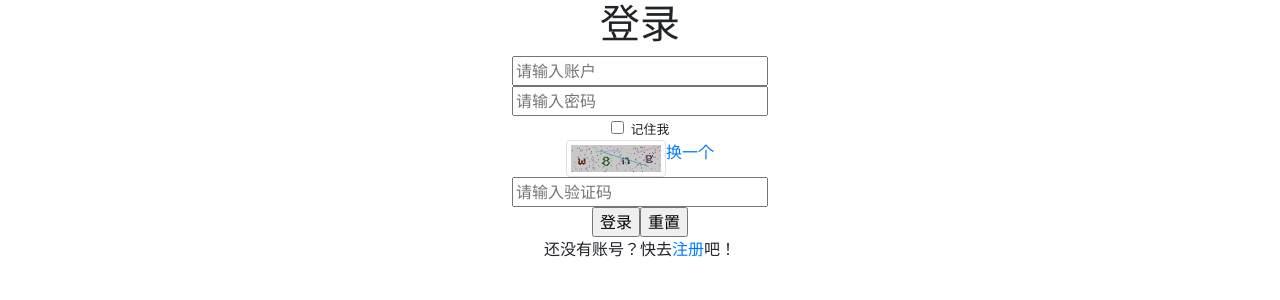
Repository: DHUAVH/Blog
Page: http://localhost/login.php
The author's editor kept a copy of each file at every save. The page is drawn from the files as they stood at one save, then again after the next save.
The browser window is 1280 px wide. The pictures show the whole page.
Some web libraries are served in a nearby version. The page is run by PHP 8.4 with error messages shown; the project is at /var/www/html/.

Above is the page before, as saved 2020-11-29 17:34:08.

### login.php
<!DOCTYPE html>
<html lang="en">
<head>
    <meta charset="UTF-8">
    <meta name="viewport" content="width=device-width, initial-scale=1.0">
    <link rel="stylesheet" type="text/css" href="CSS/blog.css">
    <link rel="stylesheet" href="https://cdn.staticfile.org/twitter-bootstrap/4.3.1/css/bootstrap.min.css">
    <script src="https://cdn.staticfile.org/jquery/3.2.1/jquery.min.js"></script>
    <script src="https://cdn.staticfile.org/popper.js/1.15.0/umd/popper.min.js"></script>
    <script src="https://cdn.staticfile.org/twitter-bootstrap/4.3.1/js/bootstrap.min.js"></script>
    <title>登陆界面</title>

</head>

<body>
    <div class="container">
        <h1 class="text-center">登录</h1>
        <div class="row">
            <div class="col-sm-4 offset-sm-4">    <!--使用网格系统和偏移量设置居中-->
                <form role="form" action="loginAction.php" method="POST">
                    <div class="text-center">
                        <input id="ID" type="text" name="username"
                            value="<?php echo isset($_COOKIE['username']) ? $_COOKIE['username'] : "";?>"  placeholder="请输入账户" required>
                    </div>

                    <div class="text-center">
                        <input type="password" id="lastname" name="password" placeholder="请输入密码" required>
                    </div>

                    <div class="form-check text-center">
                        <label class="form-check-label">
                            <input class="form-check-input" type="checkbox"><small>记住我</small>
                        </label>
                    </div>

                    <span colspan="2" class="text-center" style="color:red;font-size:10px;"></span>
                    <?php
                        $err = isset($_GET["err"]) ? $_GET["err"] : "";
                        switch($err){
                            case 1:
                                // 可取消的警告框
                                echo "<div class='alert alert-danger alert-dismissible fade show' role='alert'>";
                                echo "<strong>用户名或密码错误!请检查用户名或重新输入密码！</strong>";
                                echo "<button type=button' class='close' data-dismiss='alert' aria-label='Close'>";
                                echo "<span aria-hidden='true'>&times;</span>";
                                echo "</button>";
                            break;

                            case 2:
                                // 可取消的警告框
                                echo "<div class='alert alert-waring alert-dismissible fade show' role='alert'>";
                                echo "<strong>警告!用户名和密码不能为空！</strong>";
                                echo "<button type=button' class='close' data-dismiss='alert' aria-label='Close'>";
                                echo "<span aria-hidden='true'>&times;</span>";
                                echo "</button>";
                            break;

                            case 3:
                                // 可取消的警告框
                                echo "<div class='alert alert-danger alert-dismissible fade show' role='alert'>";
                                echo "<strong>验证码错误!请重新输入验证码！</strong>";
                                echo "<button type=button' class='close' data-dismiss='alert' aria-label='Close'>";
                                echo "<span aria-hidden='true'>&times;</span>";
                                echo "</button>";
                            break;
                        }
                    ?>

                    <div class="d-flex justify-content-center">
                        <img id="captcha" src="captcha.php?r=<?php echo rand();?>" width="100" class="img-thumbnail">
                        <a href="javascript:void(0)" onclick="document.getElementById('captcha').src='captcha.php?r='+Math.random()">换一个</a>
                    </div>

                    <div class="text-center">
                        <input type="text" name="authcode" placeholder="请输入验证码" required>
                    </div>

                    <div class="d-flex justify-content-center">
                        <input type="submit" name="login" value="登录">
                        <input type="reset" name="reset" value="重置">
                    </div>

                    <div class="text-center">
                        <span colspan="2" >还没有账号？快去<a href="register.php">注册</a>吧！</span>
                    </div>
                </form>
            </div>
        </div>
    </div>
</body>
</html>

### captcha.php
<?php
  session_start();

  $image = imagecreatetruecolor(100,30);
  $bgcolor = imagecolorallocate($image,200,200,200);
  imagefill($image,0,0,$bgcolor);

  //验证码内容
  $captcha_code = '';
  for($i=0;$i<4;$i++){
      $fontsize = 5;
      $x = ($i*100 / 4) + rand(5,10);
      $y = rand(5,10);
      $data = 'abcdefghkmnprstuvwx345678';
      $str = $data[rand(0,strlen($data))];
      $captcha_code .= $str;
      $fontcolor = imagecolorallocate($image,rand(0,120),rand(0,120),rand(0,120));
      imagestring($image,$fontsize,$x,$y,$str,$fontcolor);
  }

  $_SESSION['authcode'] = $captcha_code;

  //增加点干扰元素
  for($i=0;$i<200;$i++){
      $pointcolor = imagecolorallocate($image,rand(50,200),rand(50,200),rand(50,200));
      imagesetpixel($image,rand(1,99),rand(1,29),$pointcolor);
  }

  //增加线干扰元素
  for($i=0;$i<4;$i++){
      $linecolor = imagecolorallocate($image,rand(80,220),rand(80,220),rand(80,220));
      imageline($image,rand(1,99),rand(1,29),rand(1,99),rand(1,29),$linecolor);
  }


  header('content-type:image/png');    //输出图片的信息
  imagepng($image);   //输出图片

  imagedestroy($image);
?>

### CSS/blog.css
#search{
    border-radius: 10px;
    position: relative;
    top: 2px;
    width: 250px;
    height: 40px;
 }

 #result{
    position: absolute;
    top: 58px;
    left: 70px;
    z-index: 999;
    width: 300px;
    height: auto;
    background-color: white;
    border-radius: 5px;
 }

 .background{
    background:url(images/bg.jpg);
    background-size:contain;
    background-repeat: no-repeat;
}

After the next save:
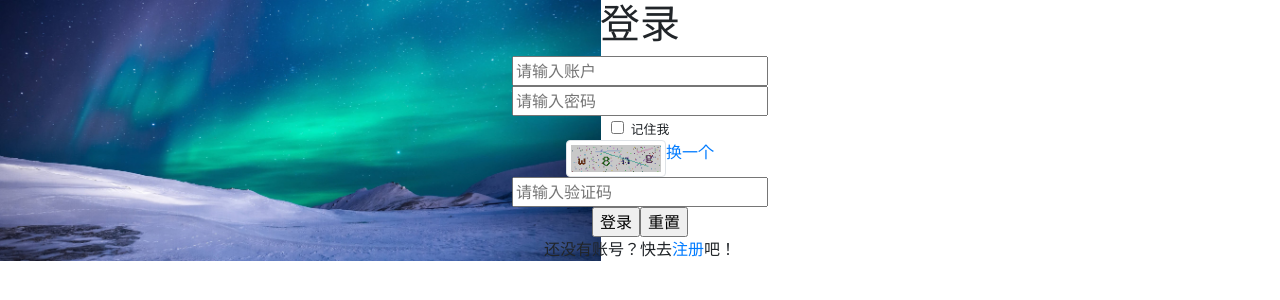
Saved 23 s later.
--- a/login.php
+++ b/login.php
@@ -12,7 +12,7 @@
 
 </head>
 
-<body>
+<body class="background">
     <div class="container">
         <h1 class="text-center">登录</h1>
         <div class="row">
